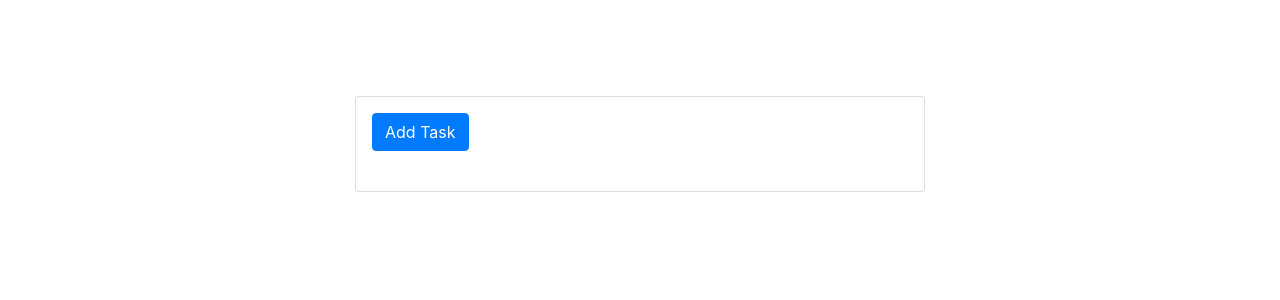
Repository: GarlicButterBoy/DjangoReactTodoAppFrontend
Page: /
An editor plug-in stored every save of this project. The page is shown before and after a run of saves, followed by the edit.
The browser window is 1280 px wide. The pictures show the whole page.
The project was rebuilt for these pictures with package versions that can differ from the ones it lists, and the page was loaded fresh each time.

Above is the page before, as saved 2022-07-13 10:37:13.

### src/App.js
import React, { Component } from "react";

const todoItems = [
  {
    id: 1,
    title: "Create Todo App",
    description: "Create an App with Todo's.",
    completed: false,
  },
  {
    id: 2,
    title: "Start using Django",
    description: "Start using Django and React",
    completed: true,
  },
  {
    id: 3,
    title: "Make a writing App",
    description: "Make an app to help track my writing",
    completed: false,
  },
  {
    id: 4,
    title: "Testing a Todo",
    description: "This is just a test",
    completed: false,
  },
];

class App extends Component {
  constructor(props) {
    super(props);
    this.state = {
      viewCompleted: false,
      todoList: todoItems,
    };
  }

  displayCompleted = (status) => {
    if (status) {
      return this.setState({ viewCompleted: true });
    }
    return this.setState({ viewCompleted: false });
  };

  renderTabList = () => {
    return (
      <div className="nav nav-tabs">
        <span
          className={this.state.viewCompleted ? "nav-link active" : "nav-link"}
          onClick={() => this.displayCompleted(true)}
        >
          Completed
        </span>
        <span
          className={this.state.viewCompleted ? "nav-link" : "nav-link active"}
          onClick={() => this.displayCompleted(false)}
        >
          Incomplete
        </span>
      </div>
    );
  };

  renderItems = () => {
    const { viewCompleted } = this.state;
    const newItems = this.state.todoList.filter(
      (item) => item.completed == viewCompleted
    );

    return newItems.map((item) => (
    <li
      key={item.id}
      className="list-group-item d-flex justify-content-between align-items-center"
    >
      <span
        className={`todo-title mr-2 ${
          this.state.viewCompleted ? "completed-todo" : ""
          } `}
        title={item.description}
      >
        {item.title}
      </span>
      <span>
        <button
          className="btn btn-secondary mr-2"
        >
        Edit
        </button>
        <button
          className="btn btn-danger"
        >
        Delete
        </button>
      </span>
    </li>
  ));
  };

  render() {
    return (
      <main className="container">
        <h1 className="text-white text-uppercase text-center my-4">Todo App</h1>
        <div className="row">
          <div className="col-md-6 col-sm-10 mx-auto p-0">
            <div className="card p-3">
              <div className="mb-4">
                <button className="btn btn-primary">Add Task</button>
              </div>

            </div>
          </div>
        </div>
      </main>
    );
  }
}

export default App;

Loaded but not shown: public/index.html (common file); src/index.js (common file); src/index.css (common file); src/reportWebVitals.js (common file)

After the next 3 saves:
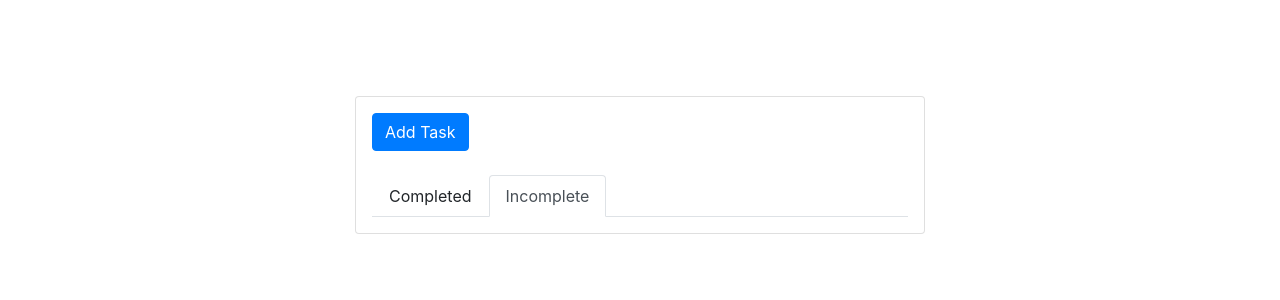
The 3 saves are shown as one change because they came seconds apart.
The last was saved 8 s later.
--- a/src/App.js
+++ b/src/App.js
@@ -107,7 +107,7 @@ class App extends Component {
               <div className="mb-4">
                 <button className="btn btn-primary">Add Task</button>
               </div>
-
+              {this.renderTabList()}
             </div>
           </div>
         </div>
